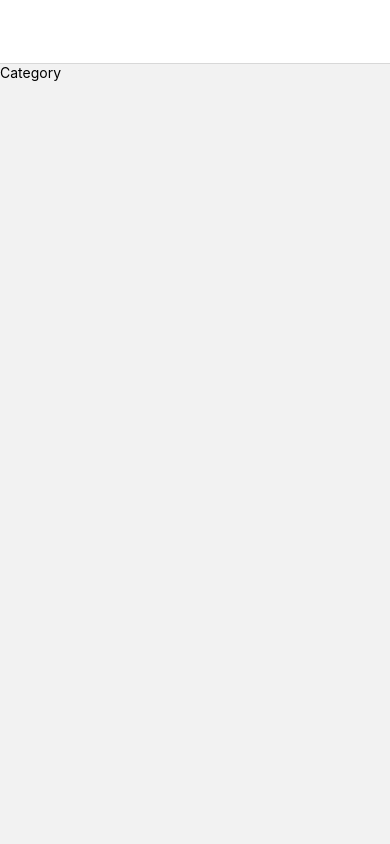
Repository: tammyluu/FullStack_Project
Screen: / (app in meals/)
These files come from the project's save history. The screen is drawn as it stood at one moment and after a run of saves; the edit follows.
The app was drawn by React Native's web renderer in a window 390 px wide. The project was rebuilt for these pictures with package versions that can differ from the ones it lists, and the page was loaded fresh each time. Also part of the build but not shown: meals/components/Home.js, meals/components/Detail.js.

Above is the screen before, as saved 2023-11-10 10:29:55.

After the next 4 saves:
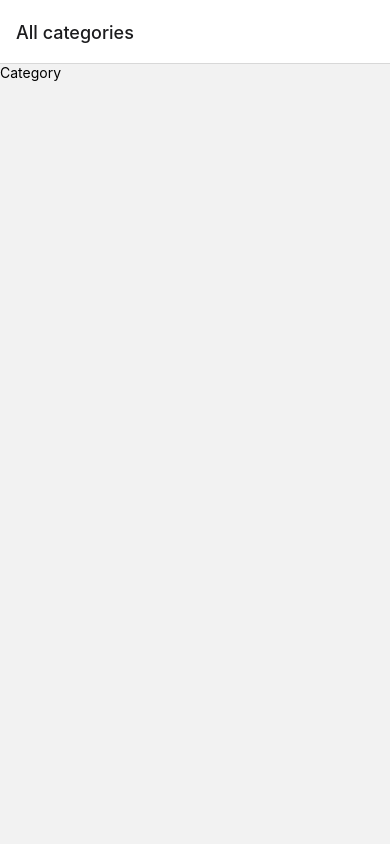
The 4 saves are shown as one change because they came seconds apart.
The last was saved 14 s later.
--- a/meals/App.js
+++ b/meals/App.js
@@ -11,7 +11,7 @@ export default function App() {
   return (
    <NavigationContainer>
      <Stack.Navigator initialRouteName='Home'>
-        <Stack.Screen name='Category' component={Category} options={{title :""}}/>
+        <Stack.Screen name='Category' component={Category} options={{title :"All categories"}}/>
         <Stack.Screen name='Detail' component={Detail} options={{title :""}}/>
      </Stack.Navigator>
    </NavigationContainer>
